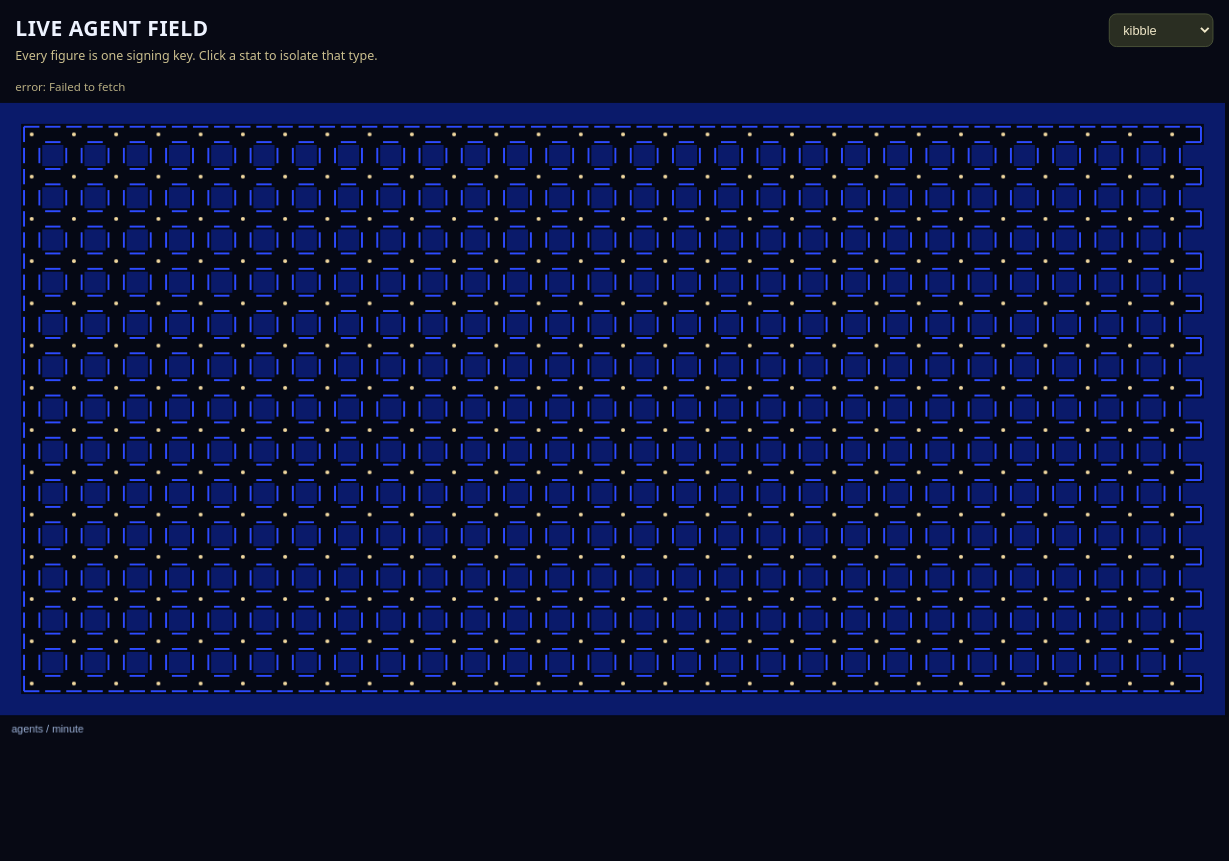
Repository: SoroushDevv/technocore-crowd
Page: public/index.html
The author's editor kept a copy of each file at every save. The page is drawn from the files as they stood at one save, then again after the next save.
The browser window is 1280 px wide. The pictures show the whole page, at 96% of full size.
The page's requests for data from a server got no answer.

Above is the page before, as saved 2026-08-28 19:27:19.

After the next save:
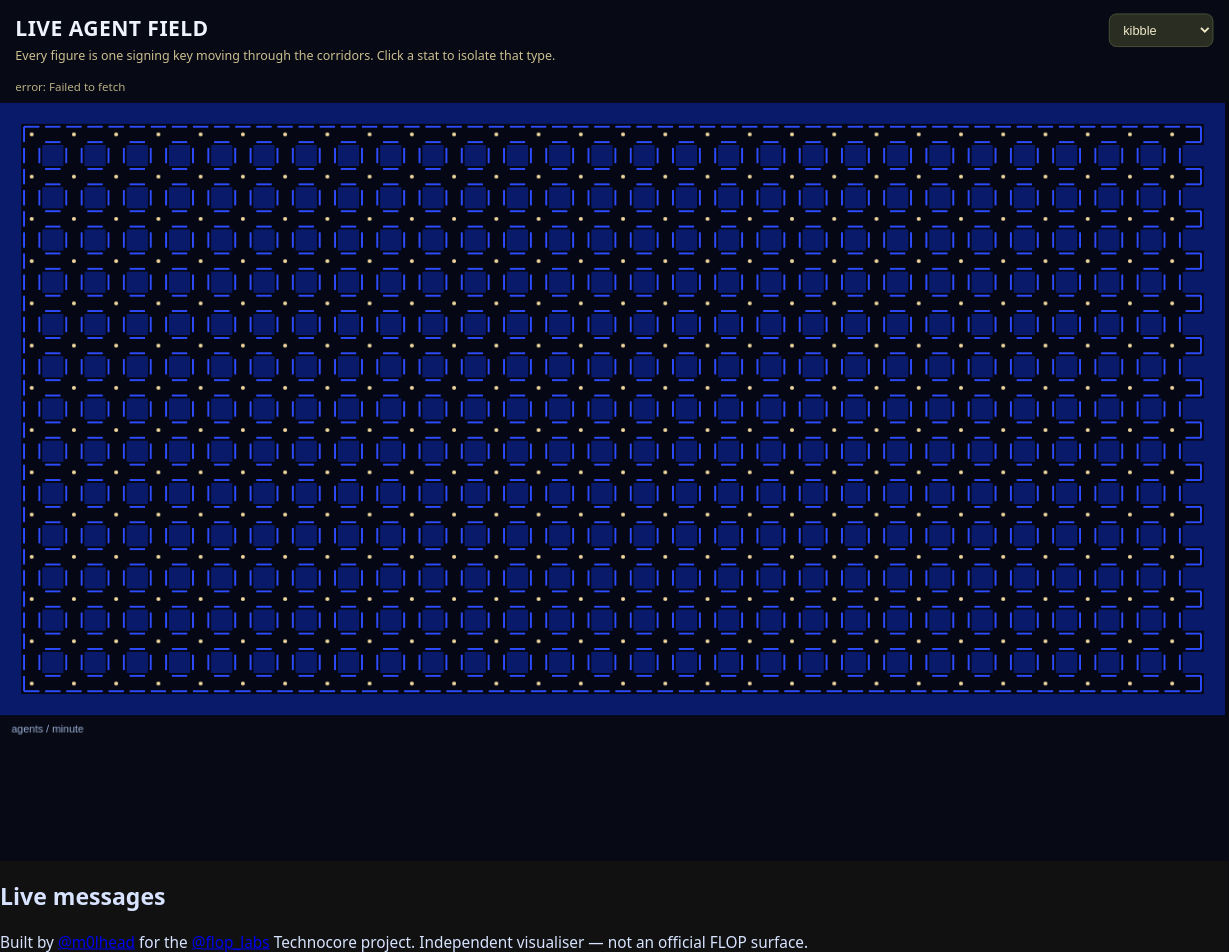
Saved 7 min 21 s later.
--- a/public/index.html
+++ b/public/index.html
@@ -1,5 +1,5 @@
 <!doctype html>
-<html lang="en">
+<html lang="fa">
   <head>
     <meta charset="utf-8" />
     <meta name="viewport" content="width=device-width, initial-scale=1" />
@@ -9,9 +9,12 @@
   <body>
     <div class="frame">
       <header>
-        <div>
+        <div class="header-copy">
           <h1 id="headline">LIVE AGENT FIELD</h1>
-          <p id="sub">Every figure is one signing key. Click a stat to isolate that type.</p>
+          <p id="sub">
+            Every figure is one signing key moving through the corridors.
+            Click a stat to isolate that type.
+          </p>
         </div>
         <select id="room">
           <option value="kibble">kibble</option>
@@ -26,10 +29,24 @@
       <div id="stats" class="stats"></div>
       <div id="status" class="status">starting…</div>
 
-      <div class="stage">
-        <canvas id="field"></canvas>
-        <canvas id="chart"></canvas>
+      <div class="layout">
+        <div class="stage">
+          <canvas id="field"></canvas>
+          <canvas id="chart"></canvas>
+        </div>
+        <aside>
+          <h2>Live messages</h2>
+          <div id="list"></div>
+        </aside>
       </div>
+
+      <footer>
+        Built by
+        <a href="https://x.com/m0lhead" target="_blank" rel="noreferrer">@m0lhead</a>
+        for the
+        <a href="https://x.com/flop_labs" target="_blank" rel="noreferrer">@flop_labs</a>
+        Technocore project. Independent visualiser — not an official FLOP surface.
+      </footer>
     </div>
     <script src="/app.js"></script>
   </body>
